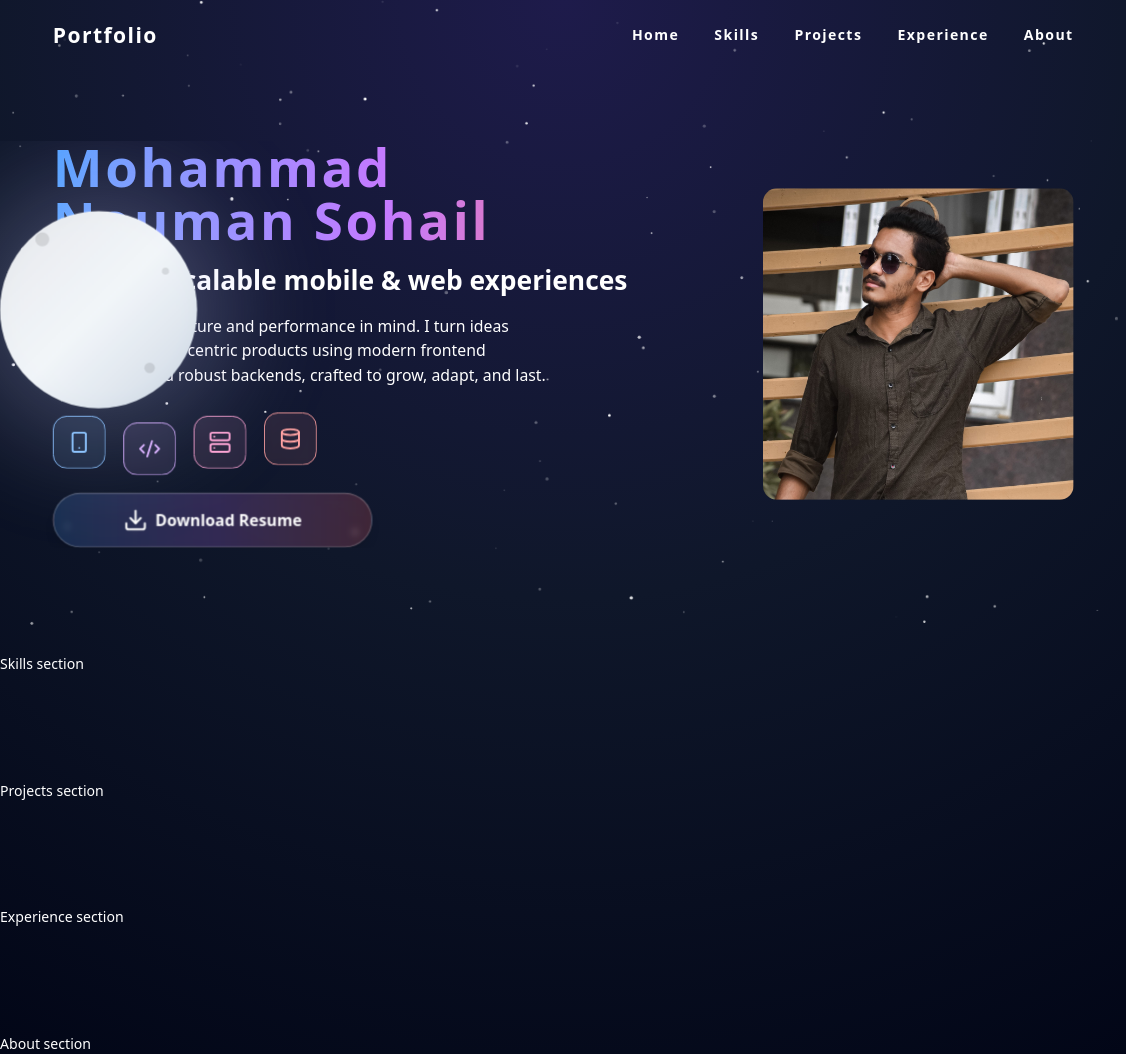
Repository: NoumanSohail/Nouman-Sohail-Portfolio
Page: /
An editor plug-in stored every save of this project. The page is shown before and after the next save, followed by the edit.
The browser window is 1280 px wide. The pictures show the whole page, at 88% of full size.
The project was rebuilt for these pictures with package versions that can differ from the ones it lists, and the page was loaded fresh each time. The framework's server and built-in components were replaced by stand-ins that run in the browser. Also part of the build but not shown: next.config.ts.

Above is the page before, as saved 2026-01-24 22:18:24.

### app/layout.tsx
import type { Metadata } from "next";
import { Geist, Geist_Mono } from "next/font/google";
import "./globals.css";
import Navbar from "./components/header/Navbar";
import StarBackground from "./components/ui/StarBackground";

const geistSans = Geist({
  variable: "--font-geist-sans",
  subsets: ["latin"],
});

const geistMono = Geist_Mono({
  variable: "--font-geist-mono",
  subsets: ["latin"],
});

export const metadata: Metadata = {
  title: "Create Next App",
  description: "Generated by create next app",
};

export default function RootLayout({
  children,
}: Readonly<{
  children: React.ReactNode;
}>) {
  return (
    <html lang="en">
      <body
        className={`${geistSans.variable} ${geistMono.variable} antialiased`}
      >
        <StarBackground />
        <Navbar />
        {children}
      </body>
    </html>
  );
}

### app/page.tsx
import React from 'react'
import Hero from './components/sections/Hero'
import Skills from './components/sections/Skills'
import Projects from './components/sections/Projects'
import Experience from './components/sections/Experience'
import About from './components/sections/About'

const page = () => {
  return (
    <div>
      <Hero />
      <Skills />
      <Projects />
      <Experience />
      <About />
    </div>
  )
}

export default page

### app/globals.css
@import "tailwindcss";

html {
  scroll-behavior: smooth;
}

body {
  overflow-x: hidden;
  position: relative;
  background: radial-gradient(circle at 50% 0%, #1e1b4b, #0f172a, #020617);
  min-height: 100vh;
}

### app/components/header/Navbar.tsx
"use client";

import { useEffect, useState } from "react";
import { navLinks } from "@/app/data";
import Link from "next/link";
import { Menu, X } from "lucide-react";

const Navbar = () => {
  const [isScrolled, setIsScrolled] = useState(false);
  const [menuOpen, setMenuOpen] = useState(false);

  useEffect(() => {
    const handleScroll = () => setIsScrolled(window.scrollY > 20);
    window.addEventListener("scroll", handleScroll);
    return () => window.removeEventListener("scroll", handleScroll);
  }, []);

  return (
    <header
      className={`fixed top-0 left-0 right-0 z-50 transition-all ${
        isScrolled
          ? "bg-transparent backdrop-blur-md border-b border-white/20 shadow-lg py-3"
          : "bg-transparent py-6"
      }`}
    >
      <div className="w-full mx-auto max-w-384 flex items-center justify-between px-5 md:px-10 lg:px-15 text-white tracking-widest">
        <h1 className="font-bold text-2xl">Portfolio</h1>

        {/* large displays like laptops */}
        <nav className="hidden lg:flex">
          {navLinks.map((links) => (
            <div key={links.name} className="flex ml-10 font-semibold">
              <Link href={links.id}>{links.name}</Link>
            </div>
          ))}
        </nav>

        {/* Mobile Hamburger */}
        <div className="lg:hidden flex items-center justify-center">
          <button
            onClick={() => setMenuOpen(!menuOpen)}
            className="text-zinc-400"
          >
            <Menu size={30} />
          </button>
        </div>

        {menuOpen && (
          <div className="fixed inset-0 h-screen flex justify-end bg-black/40 backdrop-blur-sm">
            <div className="relative h-full w-[60%] bg-[#0f172a] text-white flex items-center transition-transform duration-300 translate-x-0">
              <button
                onClick={() => setMenuOpen(false)}
                className={`absolute top right-5 md:right-10 text-white ${isScrolled ? "top-3" : "top-6"}`}
              >
                <X size={30} />
              </button>

              <nav className="flex flex-col p-10 gap-10 mt-20">
                {navLinks.map((links) => (
                  <Link
                    key={links.name}
                    href={links.id}
                    onClick={() => setMenuOpen(false)}
                    className="font-semibold"
                  >
                    {links.name}
                  </Link>
                ))}
              </nav>
            </div>
          </div>
        )}
      </div>
    </header>
  );
};

export default Navbar;

### app/components/ui/StarBackground.tsx
"use client";

import { useEffect, useRef } from "react";

const StarBackground = () => {
  const canvasRef = useRef<HTMLCanvasElement | null>(null);

  useEffect(() => {
    const canvas = canvasRef.current;
    if (!canvas) return;

    const ctx = canvas.getContext("2d");
    if (!ctx) return;

    let stars: any[] = [];
    const STAR_COUNT = 120;

    const resize = () => {
      canvas.width = window.innerWidth;
      canvas.height = window.innerHeight;
    };

    resize();
    window.addEventListener("resize", resize);

    // Create stars
    stars = Array.from({ length: STAR_COUNT }).map(() => ({
      x: Math.random() * canvas.width,
      y: Math.random() * canvas.height,
      radius: Math.random() * 1.5 + 0.5,
      speed: Math.random() * 0.3 + 0.1,
      opacity: Math.random(),
    }));

    const animate = () => {
      ctx.clearRect(0, 0, canvas.width, canvas.height);

      stars.forEach((star) => {
        star.y += star.speed;
        if (star.y > canvas.height) {
          star.y = 0;
          star.x = Math.random() * canvas.width;
        }

        ctx.beginPath();
        ctx.arc(star.x, star.y, star.radius, 0, Math.PI * 2);
        ctx.fillStyle = `rgba(255,255,255,${star.opacity})`;
        ctx.fill();
      });

      requestAnimationFrame(animate);
    };

    animate();

    return () => window.removeEventListener("resize", resize);
  }, []);

  return (
    <canvas
      ref={canvasRef}
      className="fixed inset-0 pointer-events-none -z-10"
    />
  );
};

export default StarBackground;

### app/components/sections/Hero.tsx
"use client";

import { personaldetails } from "@/app/data";
import Image from "next/image";
import me from "@/public/images/me.jpg";
import { Code2, Database, Download, Server, Smartphone } from "lucide-react";
import { motion } from "framer-motion";
import Button from "../ui/Button";

const Hero = () => {
  return (
    <section
      id="home"
      className="relative scroll-mt-40 w-full mx-auto max-w-384 px-5 md:px-10 lg:px-15 text-white mt-30 xl:mt-40 overflow-hidden"
    >
      {/* 🌙 Glowing Moon */}
      <div
        className="absolute pointer-events-none hidden lg:block
             lg:left-55 xl:left-0 top-20
             w-44 h-44 xl:w-56 xl:h-56
             rounded-full
             bg-gradient-to-br from-gray-200 via-slate-100 to-slate-300
             shadow-[0_0_120px_40px_rgba(200,200,255,0.25)]
             animate-pulse
             [animation-duration:4s]
             z-0"
      >
        {/* Moon texture */}
        <div className="absolute inset-2 rounded-full bg-white/10 blur-sm" />
        <div className="absolute top-6 left-10 w-4 h-4 rounded-full bg-black/10" />
        <div className="absolute bottom-10 right-12 w-3 h-3 rounded-full bg-black/10" />
        <div className="absolute top-16 right-8 w-2 h-2 rounded-full bg-black/10" />
      </div>

      <div className="flex flex-col lg:flex-row items-center justify-center gap-7 lg:gap-20 text-center lg:text-start">
        <div className="flex flex-col gap-5">
          <motion.div
            initial={{ x: -100, opacity: 0 }}
            whileInView={{ x: 0, opacity: 1 }}
            viewport={{ once: false, amount: 0.5 }}
            transition={{ duration: 0.5, ease: "easeOut" }}
            className="flex flex-col gap-5"
          >
            <h1
              className="font-black text-4xl lg:text-5xl xl:text-6xl tracking-wider text-balance text-transparent
                          bg-clip-text bg-linear-to-r from-blue-400 via-purple-400 to-red-400"
            >
              {personaldetails.name}
            </h1>
            <h2 className="font-semibold text-2xl lg:text-3xl">
              {personaldetails.tagline}
            </h2>
            <p className="lg:text-lg lg:text-balance">
              {personaldetails.statement}
            </p>
          </motion.div>

          <motion.div
            initial={{ scale: 0.8, opacity: 0 }}
            whileInView={{ scale: 1, opacity: 1 }}
            viewport={{ once: false, amount: 0.5 }}
            transition={{
              duration: 0.5,
              ease: "easeOut",
            }}
            className="flex flex-col gap-5 mt-5 items-center justify-center lg:items-start lg:justify-start"
          >
            <div className="flex gap-5">
              <Smartphone
                size={60}
                className="p-4 border rounded-2xl backdrop-blur-xs bg-blue-300/10 hover:scale-110
                        border-blue-300  hover:border-blue-300 text-blue-300 hover:text-blue-300
                        transition-all duration-300 animate-bounce [animation-delay:0ms]"
              />
              <Code2
                size={60}
                className="p-4 border rounded-2xl backdrop-blur-xs bg-purple-300/10 hover:scale-110
                        border-purple-300 hover:border-purple-300 text-purple-300 hover:text-purple-300
                        transition-all duration-300 animate-bounce [animation-delay:100ms]"
              />
              <Server
                size={60}
                className="p-4 border rounded-2xl backdrop-blur-xs bg-pink-300/10 hover:scale-110
                        border-pink-300 hover:border-pink-300 text-pink-300 hover:text-pink-300
                        transition-all duration-300 animate-bounce [animation-delay:200ms]"
              />
              <Database
                size={60}
                className="p-4 border rounded-2xl backdrop-blur-xs bg-red-300/10 hover:scale-110
                        border-red-300 hover:border-red-300 text-red-300 hover:text-red-300
                        transition-all duration-300 animate-bounce [animation-delay:300ms]"
              />
            </div>

            <Button
              title="Download Resume"
              onClick={() => console.log("Download")}
              icon={<Download size={28} />}
              className="bg-linear-to-r from-blue-400/20 via-purple-400/20 to-red-400/20
                        border border-white/30 p-4 w-[70%] lg:w-[50%] rounded-full md:text-lg
                        transition-all duration-300 hover:animate-pulse backdrop-blur-xs"
            />
          </motion.div>
        </div>

        <motion.div
          initial={{ x: 100, opacity: 0 }}
          whileInView={{ x: 0, opacity: 1 }}
          viewport={{ once: false, amount: 0.3 }}
          transition={{ duration: 0.5, ease: "easeOut" }}
        >
          <Image
            src={me}
            alt={personaldetails.name}
            height={350}
            width={350}
            className="rounded-2xl lg:h-3xl lg:w-3xl"
          />
        </motion.div>
      </div>
    </section>
  );
};

export default Hero;

### app/components/sections/Skills.tsx

const Skills = () => {
  return (
    <section id="skills" className="h-fit">
      <div className="text-white pt-30">Skills section</div>
    </section>
  );
};

export default Skills;

### app/components/sections/Projects.tsx

const Projects = () => {
  return (
    <section id="projects" className="h-fit">
      <div className="text-white pt-30">Projects section</div>
    </section>
  )
}

export default Projects

### app/components/sections/Experience.tsx

const Experience = () => {
  return (
    <section id="experience" className="h-fit">
      <div className="text-white pt-30">Experience section</div>
    </section>
  );
};

export default Experience;

### app/components/sections/About.tsx

const About = () => {
  return (
    <section id="about" className="h-fit">
      <div className="text-white pt-30">About section</div>
    </section>
  )
}

export default About

### app/data.tsx
export const navLinks = [
  { name: "Home", id: "/#home" },
  { name: "Skills", id: "/#skills" },
  { name: "Projects", id: "/#projects" },
  { name: "Experience", id: "/#experience" },
  { name: "About", id: "/#about" },
];

export const personaldetails = {
  name: "Mohammad Nouman Sohail",
  role: "Full Stack Mobile & Web Developer",
  tagline: "Building scalable mobile & web experiences",
  statement:
    "with clean architecture and performance in mind. I turn ideas into reliable, user-centric products using modern frontend frameworks and robust backends, crafted to grow, adapt, and last.",
};

### app/components/ui/Button.tsx
import { ReactNode } from "react";

interface ButtonProps {
  title: string;
  onClick: () => void;
  type?: "button" | "submit";
  disabled?: boolean;

  /* 🔹 Optional Icon */
  icon?: ReactNode;
  iconPosition?: "left" | "right";

  /* 🔹 External Styles */
  className?: string;
}

const Button = ({
  title,
  onClick,
  type = "button",
  disabled = false,
  icon,
  iconPosition = "left",
  className = "",
}: ButtonProps) => {
  return (
    <button
      type={type}
      onClick={!disabled ? onClick : undefined}
      disabled={disabled}
      className={`
        group
        font-semibold shadow-lg
        transition-all transform
        flex items-center justify-center gap-2
        duration-300
        ${
          disabled
            ? "bg-gray-300 text-white cursor-not-allowed opacity-70 transition-all duration-300"
            : "hover:scale-105 cursor-pointer transition-all duration-300"
        }

        ${className}
      `}
    >
      {/* ICON LEFT */}
      {icon && iconPosition === "left" && (
        <span className="button-icon flex items-center">{icon}</span>
      )}

      <span>{title}</span>

      {/* ICON RIGHT */}
      {icon && iconPosition === "right" && (
        <span className="button-icon flex items-center">{icon}</span>
      )}
    </button>
  );
};

export default Button;

After the next save:
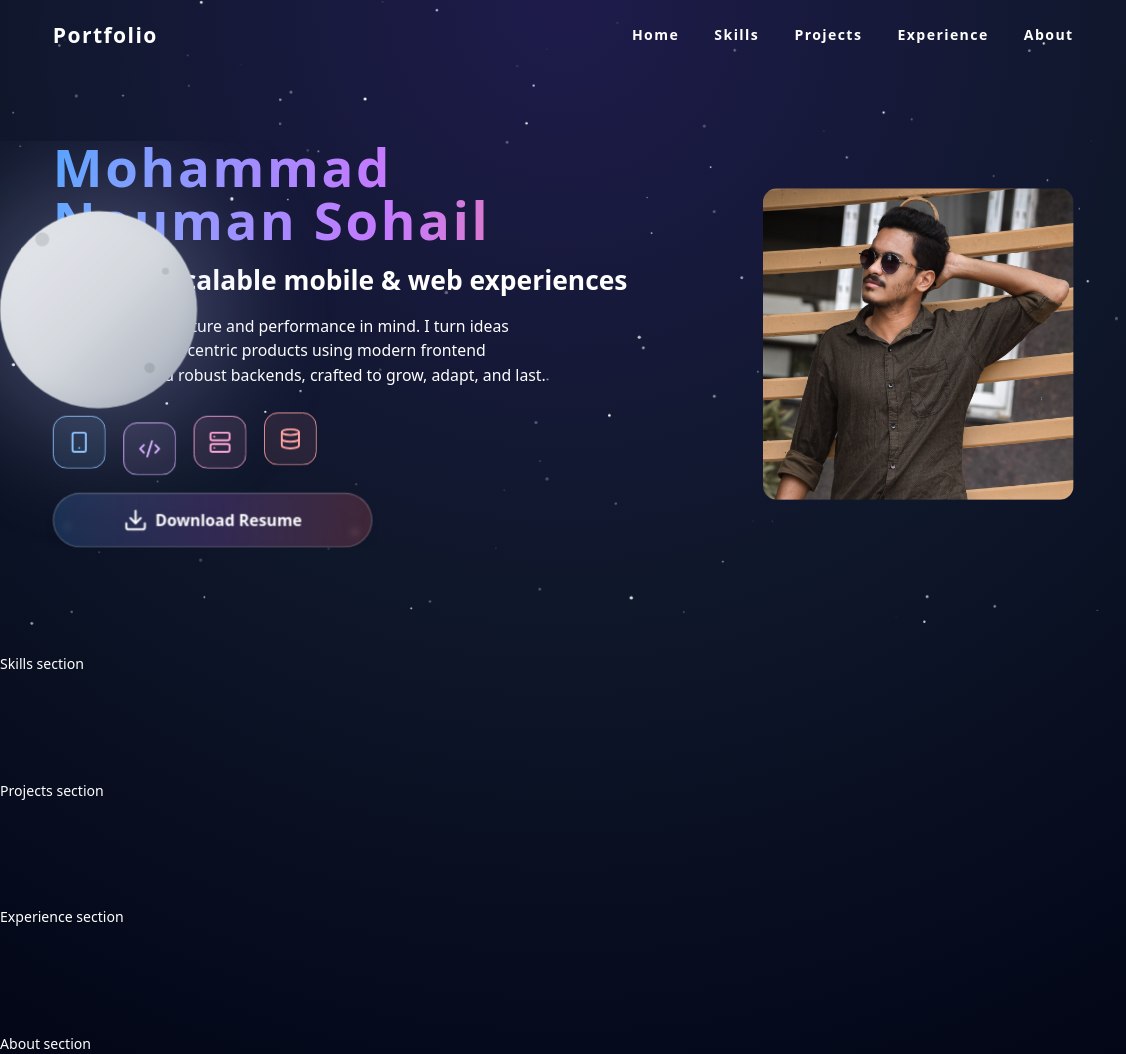
Saved 25 s later.
--- a/app/components/sections/Hero.tsx
+++ b/app/components/sections/Hero.tsx
@@ -19,7 +19,7 @@ const Hero = () => {
              lg:left-55 xl:left-0 top-20
              w-44 h-44 xl:w-56 xl:h-56
              rounded-full
-             bg-gradient-to-br from-gray-200 via-slate-100 to-slate-300
+             bg-gradient-to-br from-gray-200 via-gray-300 to-gray-400
              shadow-[0_0_120px_40px_rgba(200,200,255,0.25)]
              animate-pulse
              [animation-duration:4s]
